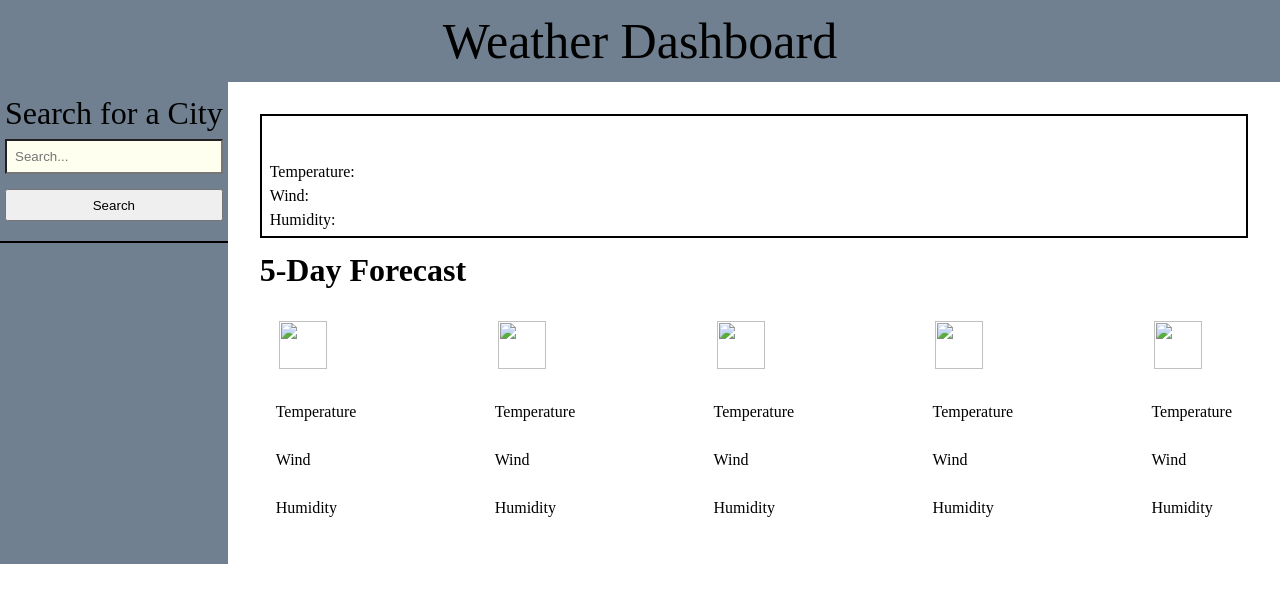
Repository: Pauldan1988/weather-dash
Page: index.html
The author's editor kept a copy of each file at every save. The page is drawn from the files as they stood at one save, then again after the next save.
The browser window is 1280 px wide. The pictures show the whole page.

Above is the page before, as saved 2023-01-16 11:25:01.

After the next save:
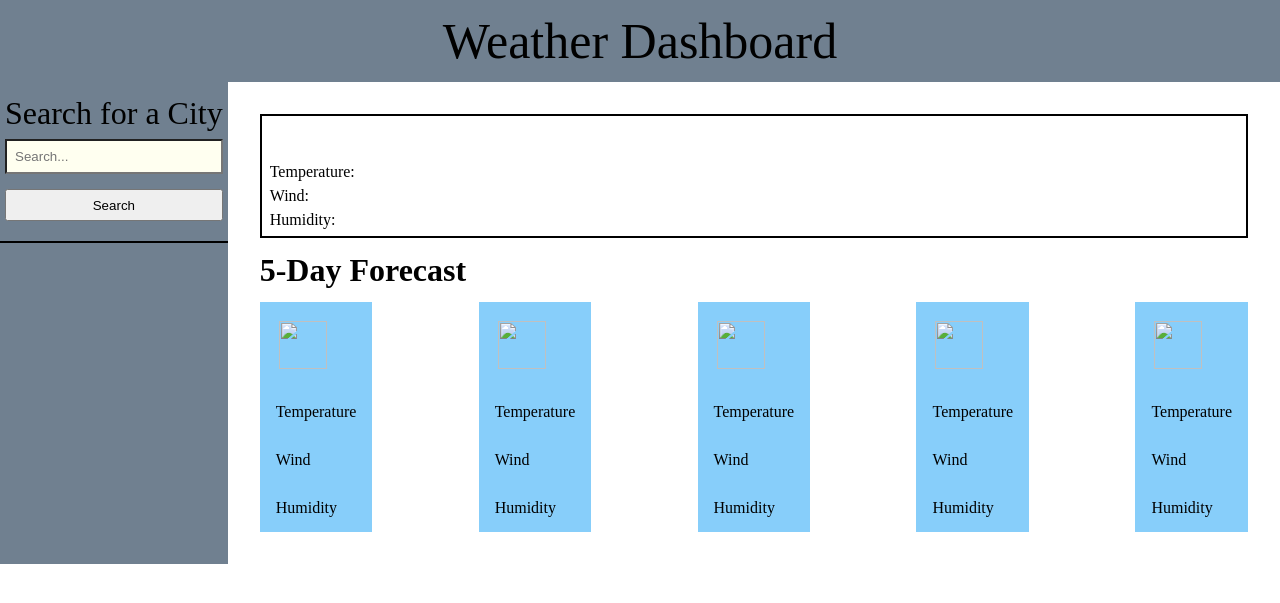
Saved 17 s later.
--- a/style.css
+++ b/style.css
@@ -91,7 +91,7 @@ button {
     display: flex;
     flex-direction: column;
     padding: 1rem;
-    background-color:;
+    background-color:lightskyblue;
     gap: 2rem;
     text-align: left;
     box-sizing: border-box;
